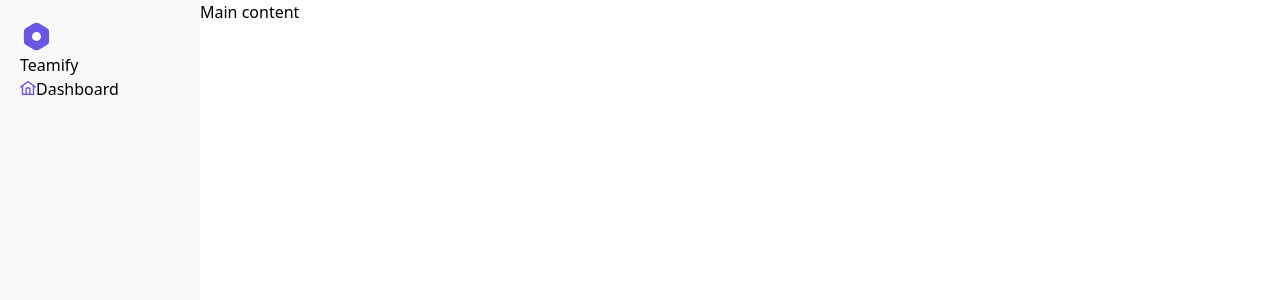
Repository: kottuzik/200apps-exercise
Page: / (app in vue-dashboard-template/)
An editor plug-in stored every save of this project. The page is shown before and after a run of saves, followed by the edit.
The browser window is 1280 px wide. The pictures show the whole page.
The project was rebuilt for these pictures with package versions that can differ from the ones it lists, and the page was loaded fresh each time. Also part of the build but not shown: vue-dashboard-template/vite.config.js.

Above is the page before, as saved 2025-07-11 14:08:38.

After the next 2 saves:
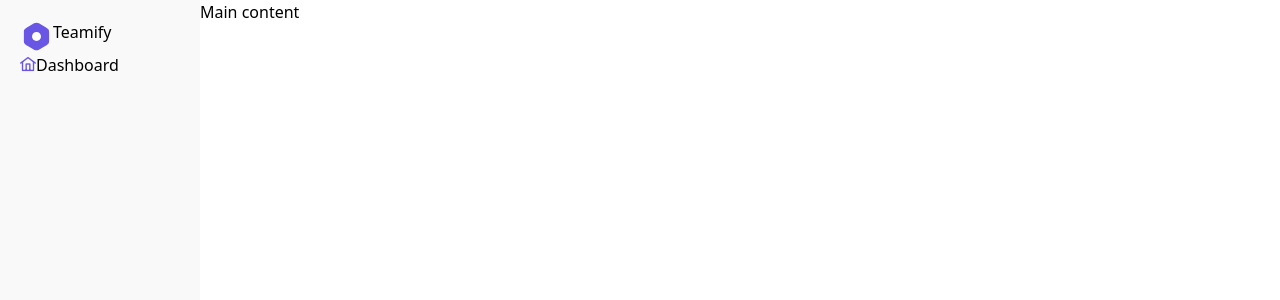
The 2 saves are shown as one change because they came seconds apart.
The last was saved 13 s later.
--- a/vue-dashboard-template/src/assets/styles.scss
+++ b/vue-dashboard-template/src/assets/styles.scss
@@ -6,6 +6,9 @@
     background-color: #f9f9f9;
     padding: 20px;
 }
+.menu-setting{
+    display: flex;
+}
 .custom-icon{
     color: #6956E5;
 }
